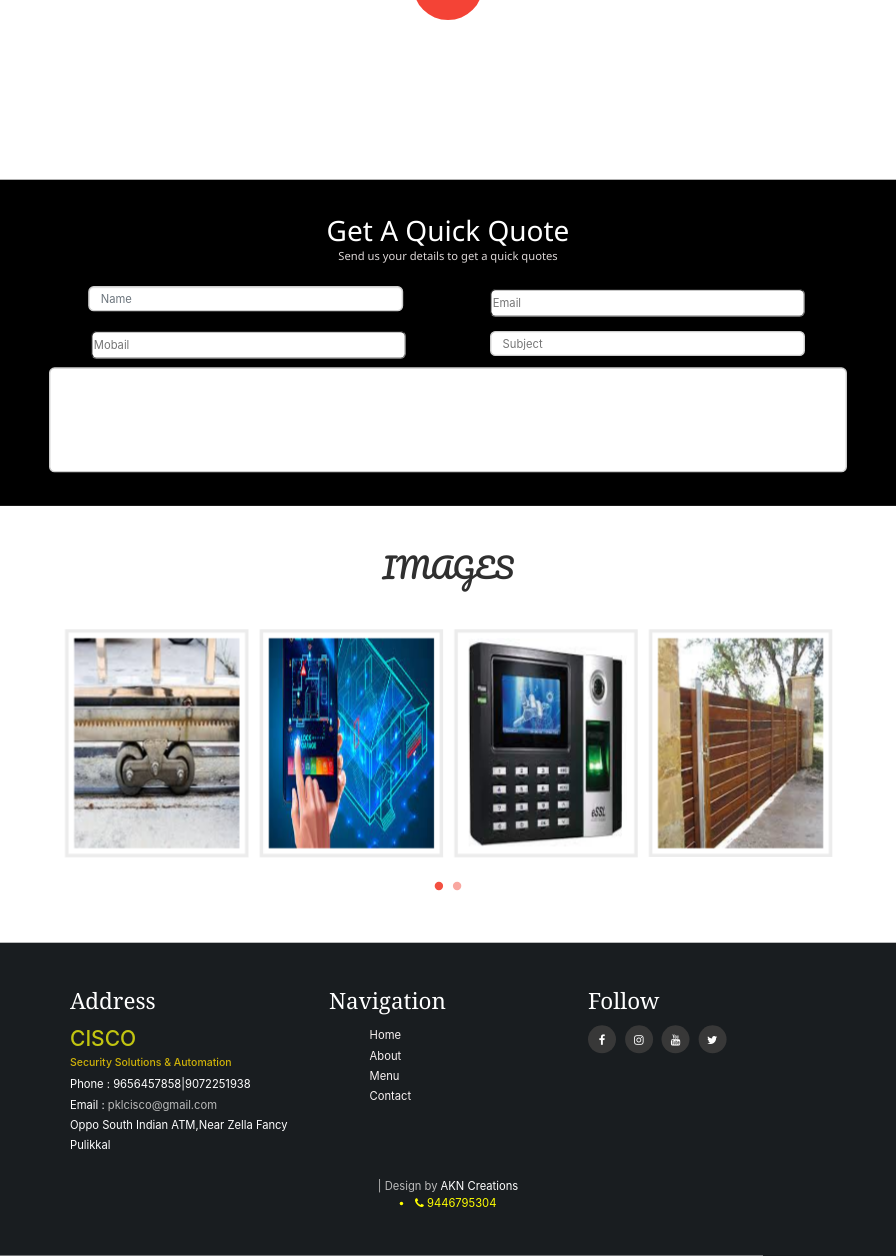
Repository: Nuhman123/Cisco
Page: index.html
An editor plug-in stored every save of this project. The page is shown before and after a run of saves, followed by the edit.
The browser window is 1280 px wide. The pictures show the part of the page from y = 2164 to 4084 px (the page is 3958 px tall before and 4084 px after), at 70% of full size.

Above is the page before, as saved 2021-04-10 16:41:49.

After the next 4 saves:
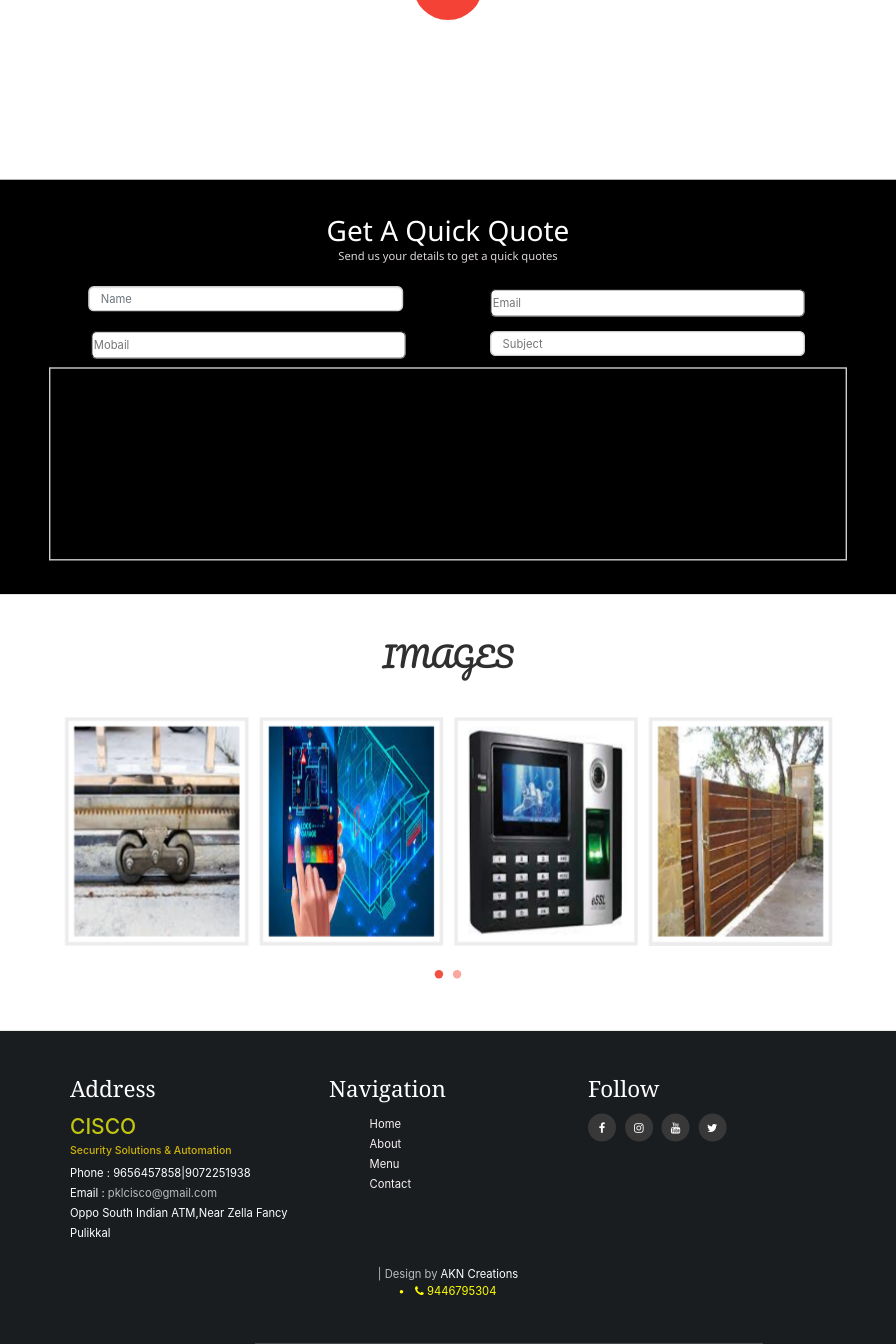
The 4 saves are shown as one change because they came seconds apart.
The last was saved 14 s later.
--- a/index.html
+++ b/index.html
@@ -336,7 +336,7 @@
 						<input type="text" placeholder="Subject" style="width: 450px;background: white;margin: 12px; height: 30px;border-radius: 8px;">
 					</div>
 					<div></div>
-					<textarea class="col-xs-12" style="background: white;width: outo; border-radius: 8px;"></textarea>
+					<textarea name="" id="" cols="30" rows="10"></textarea>
 
 				</div>
 			  </form>
